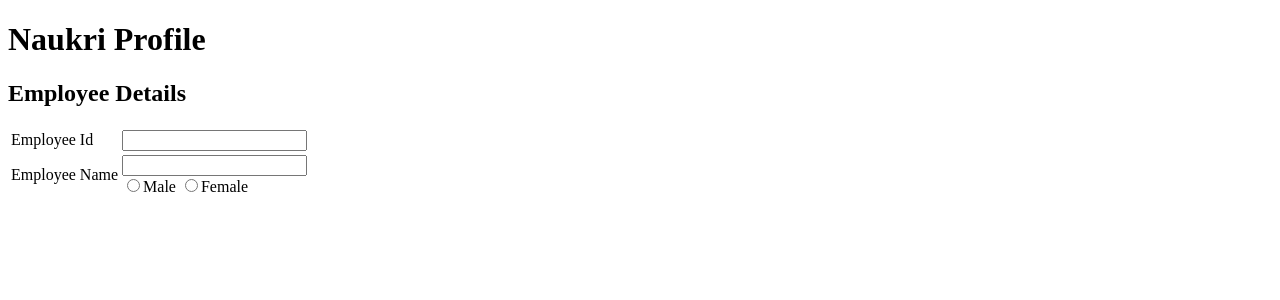
Repository: Ravikumarh6166/my-first-repo
Page: filterapp/src/main/webapp/registrationform.html
The author's editor kept a copy of each file at every save. The page is drawn from the files as they stood at one save, then again after the next save.
The browser window is 1280 px wide. The pictures show the whole page.

Above is the page before, as saved 2022-08-30 06:51:23.

### filterapp/src/main/webapp/registrationform.html
<!DOCTYPE html>
<html>
<head>
<meta charset="UTF-8">
<title>Insert title here</title>
</head>
<body>
<h1>Naukri Profile</h1>
<h2>Employee Details</h2>
<form action="./reg" method="post">
<table>
<tr>
<td>Employee Id</td>
<td><input type="text" name="eid"></td>
</tr>

<tr>
<td>Employee Name</td>
<td><input type="text" name="ename">
<br>
<input type="radio"  value="Male">Male
<input type="radio"  value="Female">Female
</td>
</tr>


</table>
</form>
</body>
</html>

After the next save:
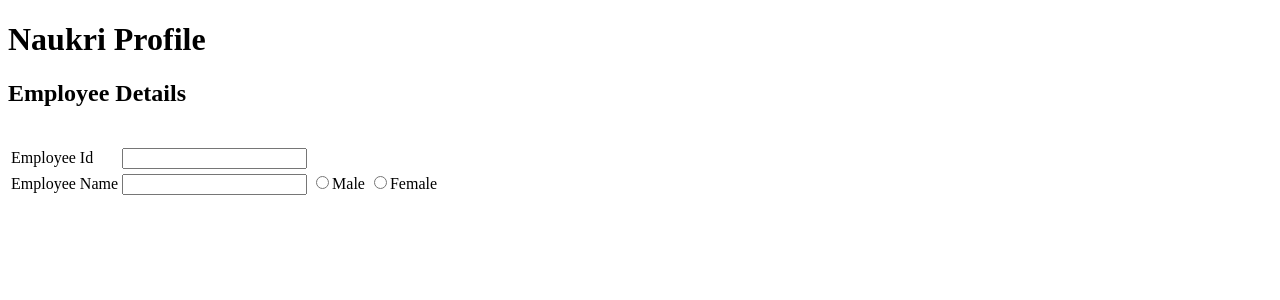
Saved 24 s later.
--- a/filterapp/src/main/webapp/registrationform.html
+++ b/filterapp/src/main/webapp/registrationform.html
@@ -15,9 +15,8 @@
 </tr>
 
 <tr>
-<td>Employee Name</td>
+<td>Employee Name</td><br>
 <td><input type="text" name="ename">
-<br>
 <input type="radio"  value="Male">Male
 <input type="radio"  value="Female">Female
 </td>
